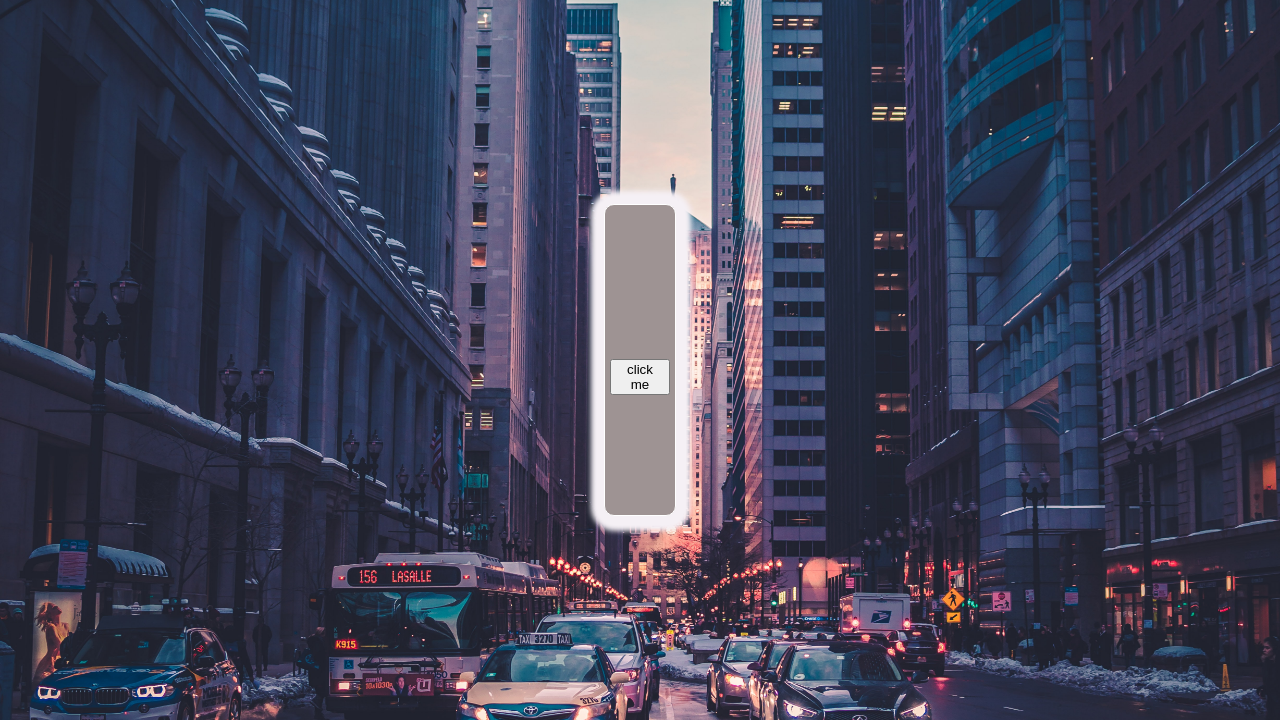
Repository: lamilekan263/random_advice
Page: /
An editor plug-in stored every save of this project. The page is shown before and after the next save, followed by the edit.
The browser window is 1280 px wide. The pictures show the whole page.
The page's requests for data from a server got no answer. The project was rebuilt for these pictures with package versions that can differ from the ones it lists, and the page was loaded fresh each time. No one was signed in, and anything a server would have sent is missing.

Above is the page before, as saved 2020-08-10 14:51:09.

### src/App.js
import React from 'react';
import './App.css';
import axios from 'axios'

class App extends React.Component{

  state = {
    advice : ''
  }
 componentDidMount(){
    this.getAdvice()
  }

  getAdvice = ()=>{
    axios.get('https://api.adviceslip.com/advice')
    .then((response) =>{
      const { advice } = response.data.slip;
      console.log(advice)
      this.setState({ advice })
    })

  }

  render(){
    return(
      <div className="app">
        <div className="card">
          <h1> {this.state.advice}</h1>

          <button onClick = {this.getAdvice}>click me</button>
        </div>
      </div>
    )
  }
}


export default App

### src/App.css
body{
  margin:0;
  padding: 0;
  background-image: url('./bg.jpg');
  background-size: cover;
  background-repeat: no-repeat;
  height:100vh;
  background-position: center;
  background-color: linear-gradient(rgba(5, 4, 4, 0.3));
  display:flex;
  justify-content: center;
  text-align:center;
  align-items: center;
}

.card{
  width:80%;
  margin: 0 auto;
  background-color:rgb(158, 147, 147);
  background: linear-gradient(rgba(0,0,0,0.3));
  border:1px solid white;
  padding:5px;
  border-radius: 10px;
  height:300px;
  display:flex;
  flex-direction:column;
  justify-content: center;
  text-align:center;
  align-items: center;
  -webkit-box-shadow: 1px 1px 5px 14px rgba(245,240,245,1);
  -moz-box-shadow: 1px 1px 5px 14px rgba(245,240,245,1);
  box-shadow: 1px 1px 5px 14px rgba(245,240,245,1);


}
h1{
  font-family: monospace;
  color:whitesmoke;
}

Loaded but not shown: public/index.html (common file); src/index.js (common file); src/index.css (common file); src/serviceWorker.js (common file)

After the next save:
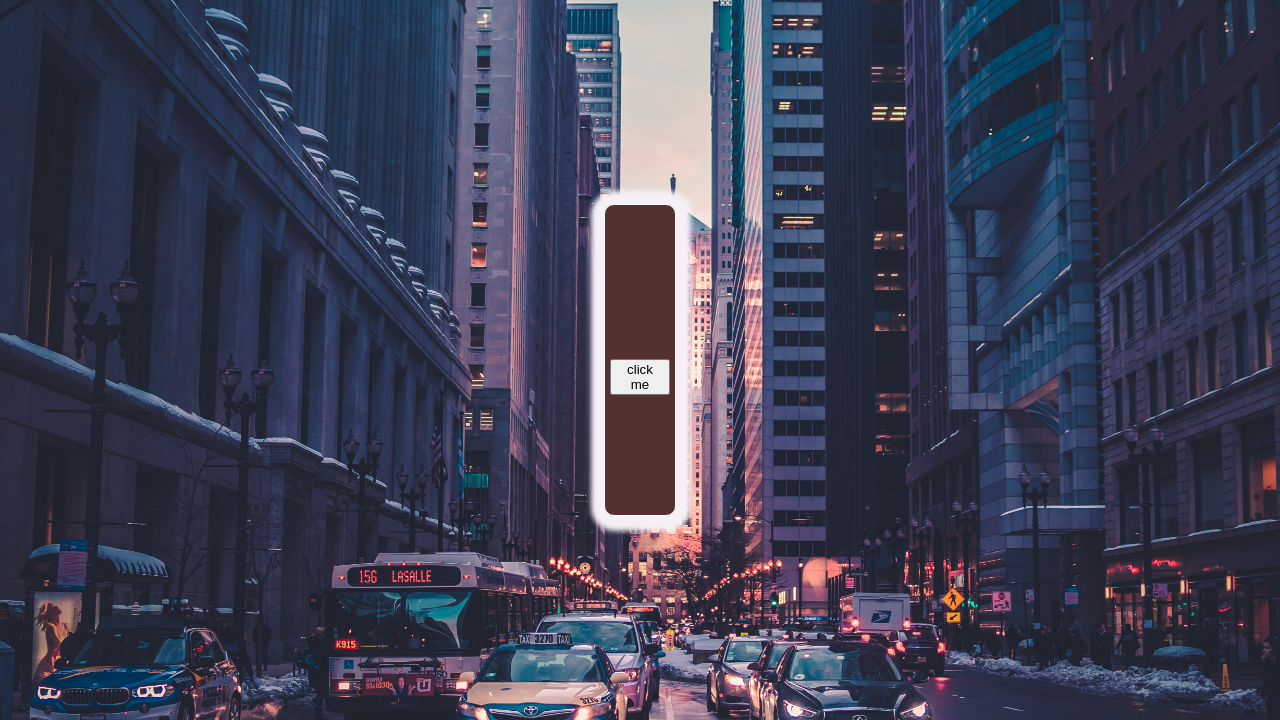
Saved 4 s later.
--- a/src/App.css
+++ b/src/App.css
@@ -16,7 +16,7 @@ body{
 .card{
   width:80%;
   margin: 0 auto;
-  background-color:rgb(158, 147, 147);
+  background-color:rgb(83, 49, 49);
   background: linear-gradient(rgba(0,0,0,0.3));
   border:1px solid white;
   padding:5px;
